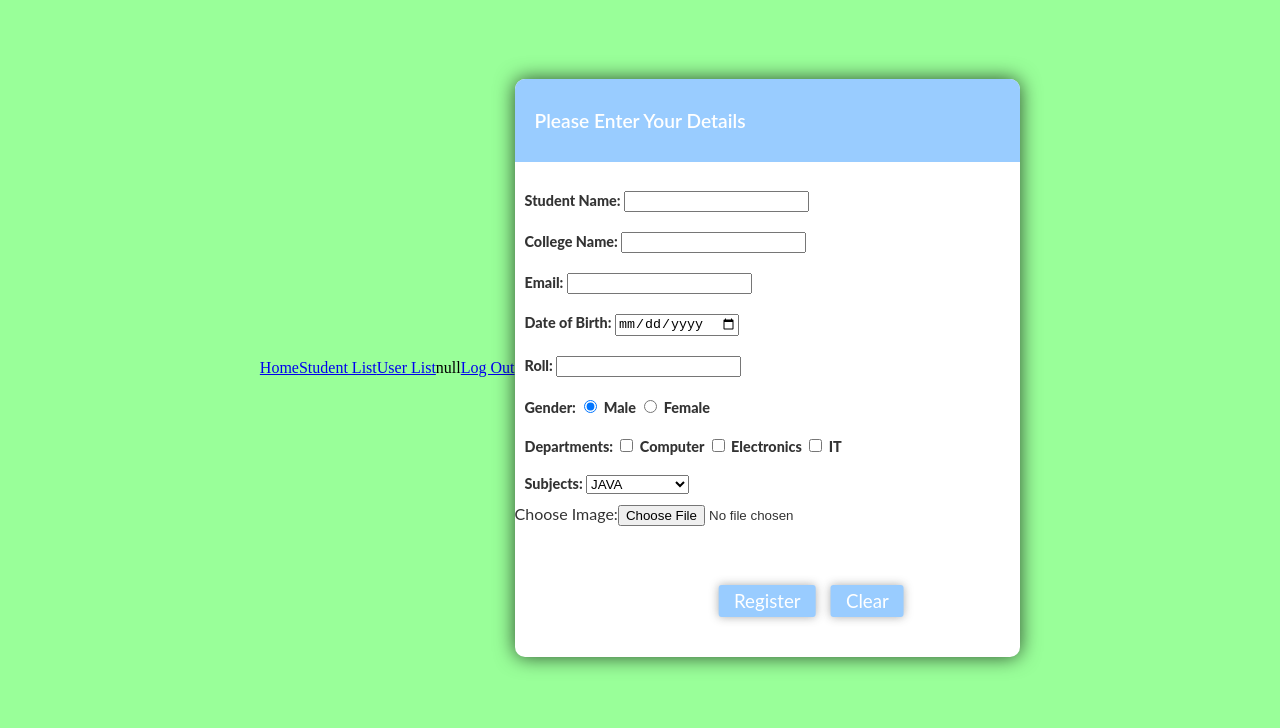
Repository: AmritOjha01/sms
Page: http://localhost/StudentManagementSystem/studentForm.jsp
The author's editor kept a copy of each file at every save. The page is drawn from the files as they stood at one save, then again after the next save.
The browser window is 1280 px wide. The pictures show the whole page.
The page is served by Tomcat 9. Other server files are loaded and not shown. The template is opened directly, without the code that normally fills it, so the values that code supplies are empty.

Above is the page before, as saved 2017-03-26 11:24:14.

### StudentManagementSystem/WebContent/studentForm.jsp
<%@ page language="java" contentType="text/html; charset=ISO-8859-1"
	pageEncoding="ISO-8859-1"%>
<%@ taglib uri="http://java.sun.com/jsp/jstl/core" prefix="c"%>
<!DOCTYPE html>
<html>
<head>
<meta http-equiv="Content-Type" content="text/html; charset=ISO-8859-1">
<link rel="stylesheet" href="resources/CSS/RStyle.css">
<title>Insert title here</title>
<%@ include file="header.jsp"%>
</head>
<body>
	<form action="StudentController" method="post"
		enctype="multipart/form-data">
		<header>Please Enter Your Details</header>
		<br> <input type="hidden" name="id" value="${student.id }"
			readonly="readonly" />

		<div class="newstyle">
			<label>Student Name: </label> <input type="text" name="sName"
				value="${student.studentName }" />
		</div>


		<div class="newstyle">
			<label>College Name: </label> <input type="text" name="cName"
				value="${student.collegeName }" />
		</div>
		<div class="newstyle">
			<label>Email: </label> <input type="email" name="email"
				value="${student.email }" />
		</div>

		<div class="newstyle">
			<label>Date of Birth: </label> <input type="date" name="dob"
				value="${student.dob }" />
		</div>

		<div class="newstyle">
			<label>Roll: </label> <input type="number" name="roll"
				value="${student.roll }" />

		</div>
		<div class="newstyle">
			<c:set var="gender" value="${student.gender }" />
			<label>Gender: </label> <input type="radio" name="gender"
				value="male" checked="checked" va /> Male <input type="radio"
				name="gender" value="female" /> Female
		</div>

		<div class="newstyle">
			<label>Departments: </label> <input type="checkbox"
				name="departments" value="Computer" /> Computer <input
				type="checkbox" name="departments" value="Electronics" />
			Electronics <input type="checkbox" name="departments" value="IT" />
			IT
		</div>

		<div class="newstyle">
			<label>Subjects: </label> <select name="sCombo">
				<option value="java">JAVA</option>
				<option value="android">ANDROID</option>
				<option value="c++">C++</option>
				<option value="swift">SWIFT</option>
				<option value="javascript">JAVASCRIPT</option>
				<option value="net">.NET</option>
			</select>

		</div>
		Choose Image:<input type="file" name="photo" size="10"
			required="required" /><br> <br>

		<div class="newstyle">
			<button value="register" type="submit">Register</button>
			<button value="clear" type="reset">Clear</button>
		</div>

	</form>
</body>
</html>

### StudentManagementSystem/WebContent/header.jsp
<a href="home.jsp">Home</a>
<a href="StudentController?actions=list">Student List</a>
<a href="UserController?action=listUser">User List</a>
<%=session.getAttribute("uname")%>
<a href="LogoutController">Log Out</a>

### StudentManagementSystem/WebContent/resources/customcss/RStyle.css
@CHARSET "ISO-8859-1";

html, body {
  border: 10;
  padding: 10;
  margin: 10;
  height: 100%;
}

body {
  background: #99ff99;
  display: flex;
  justify-content: center;
  align-items: center;
  font-size: 16px;
}

form {
  background: white;
  width: 40%;
  box-shadow: 0px 0px 20px rgba(0, 0, 0, 0.7);
  font-family: lato;
  position: relative;
  color: #333;
  border-radius: 10px;
}
form header {
  background: #99ccff;
  padding: 30px 20px;
  color: white;
  font-size: 1.2em;
  font-weight: 600;
  border-radius: 10px 10px 0 0;
}
form .newstyle {

  padding: 10px 10px;
  display: block;
  font-size: 0.9em;
  font-weight: 800;
  border-radius: 15px 15px 0 0;
}
form button {
  position: relative;
  margin-top: 30px;
  margin-bottom: 30px;
  left: 50%;
  transform: translate(-50%, 0);
  font-family: inherit;
  color: white;
  background: #99ccff;
  outline: none;
  border: none;
  padding: 5px 15px;
  font-size: 1.3em;
  font-weight: 400;
  border-radius: 3px;
  box-shadow: 0px 0px 10px rgba(51, 51, 51, 0.4);
  cursor: pointer;
  transition: all 0.15s ease-in-out;
}

form button:hover {
  background: #ff5252;
}

After the next save:
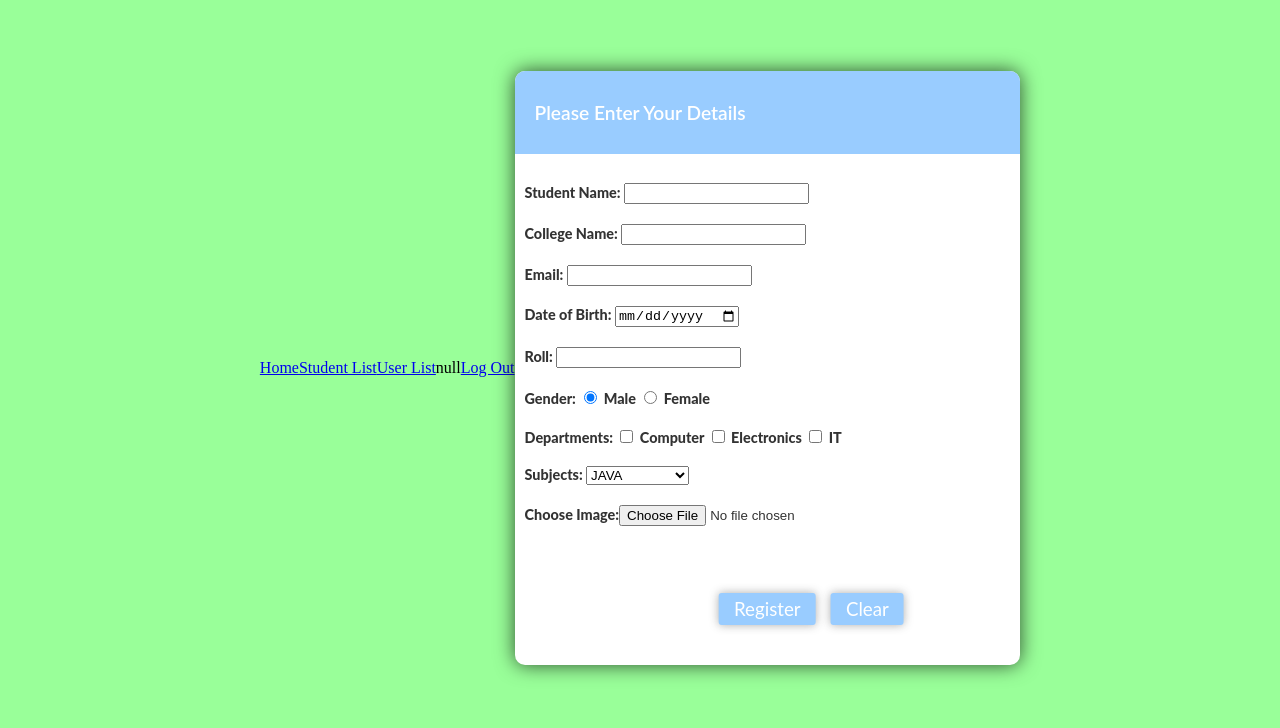
Saved 84 s later.
--- a/StudentManagementSystem/WebContent/studentForm.jsp
+++ b/StudentManagementSystem/WebContent/studentForm.jsp
@@ -67,8 +67,10 @@
 			</select>
 
 		</div>
-		Choose Image:<input type="file" name="photo" size="10"
-			required="required" /><br> <br>
+		<div class="newstyle">
+			Choose Image:<input type="file" name="photo" size="10"
+				required="required" /><br> <br>
+		</div>
 
 		<div class="newstyle">
 			<button value="register" type="submit">Register</button>
